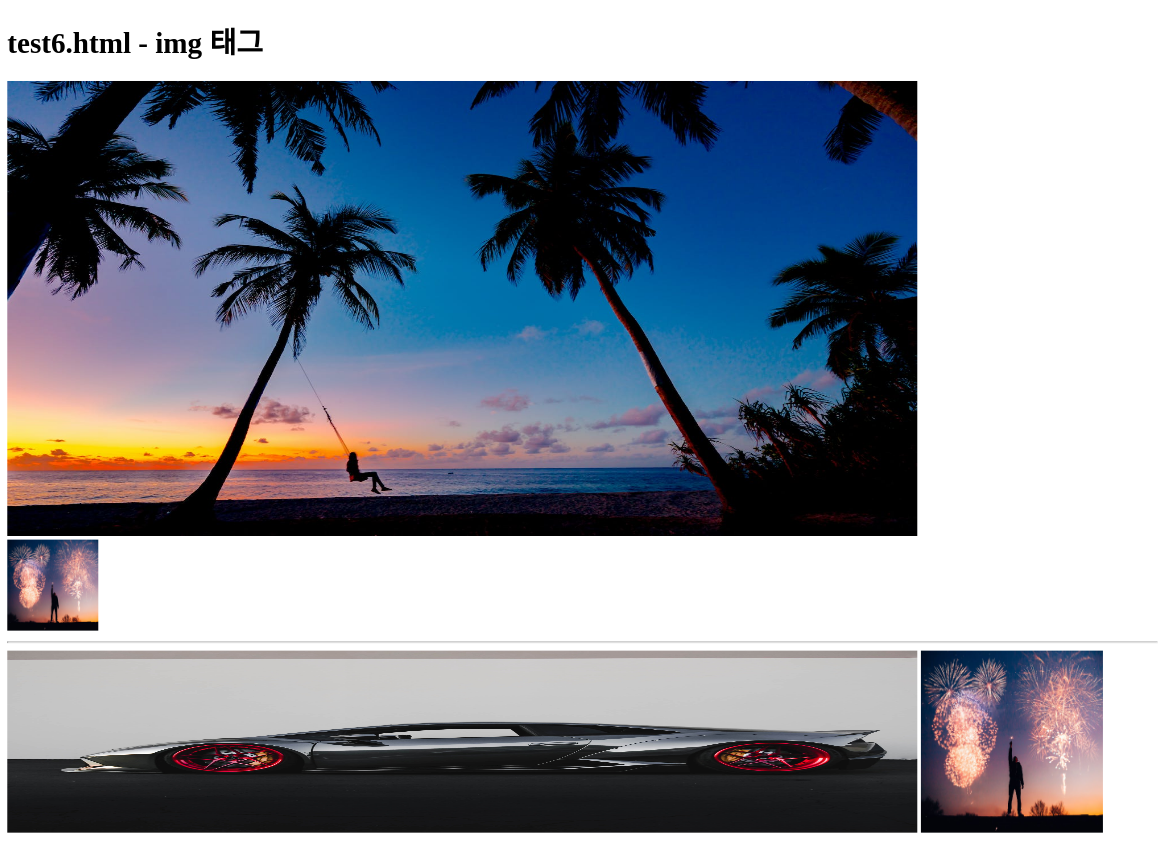
Repository: KimMinseooo/itwillStudy
Page: BACKEND/JSP/workspace_jsp/StudyHTML/src/main/webapp/1024/test6.html
These files come from the project's save history. The page is drawn as it stood at one moment and after the next save; the edit follows.
The browser window is 1280 px wide. The pictures show the whole page, at 91% of full size.

Above is the page before, as saved 2024-10-24 02:43:30.

### BACKEND/JSP/workspace_jsp/StudyHTML/src/main/webapp/1024/test6.html
<!DOCTYPE html>
<html>
<head>
<meta charset="UTF-8">
<title>Insert title here</title>
</head>
<body>
	<h1>test6.html - img 태그 </h1>

	<img src="1.jpg" width="1000" height="500" title="해변가"><br>
	<img src="3.jpg" width="100" height="100" alt="이미지를 불러올 수 없습니다">
	<hr>
	<img alt="" src="today_image/2.jpg" width="1000" height="200">
	<img alt="" src="../images/3.jpg" width="200" height="200">

</body>
</html>

After the next save:
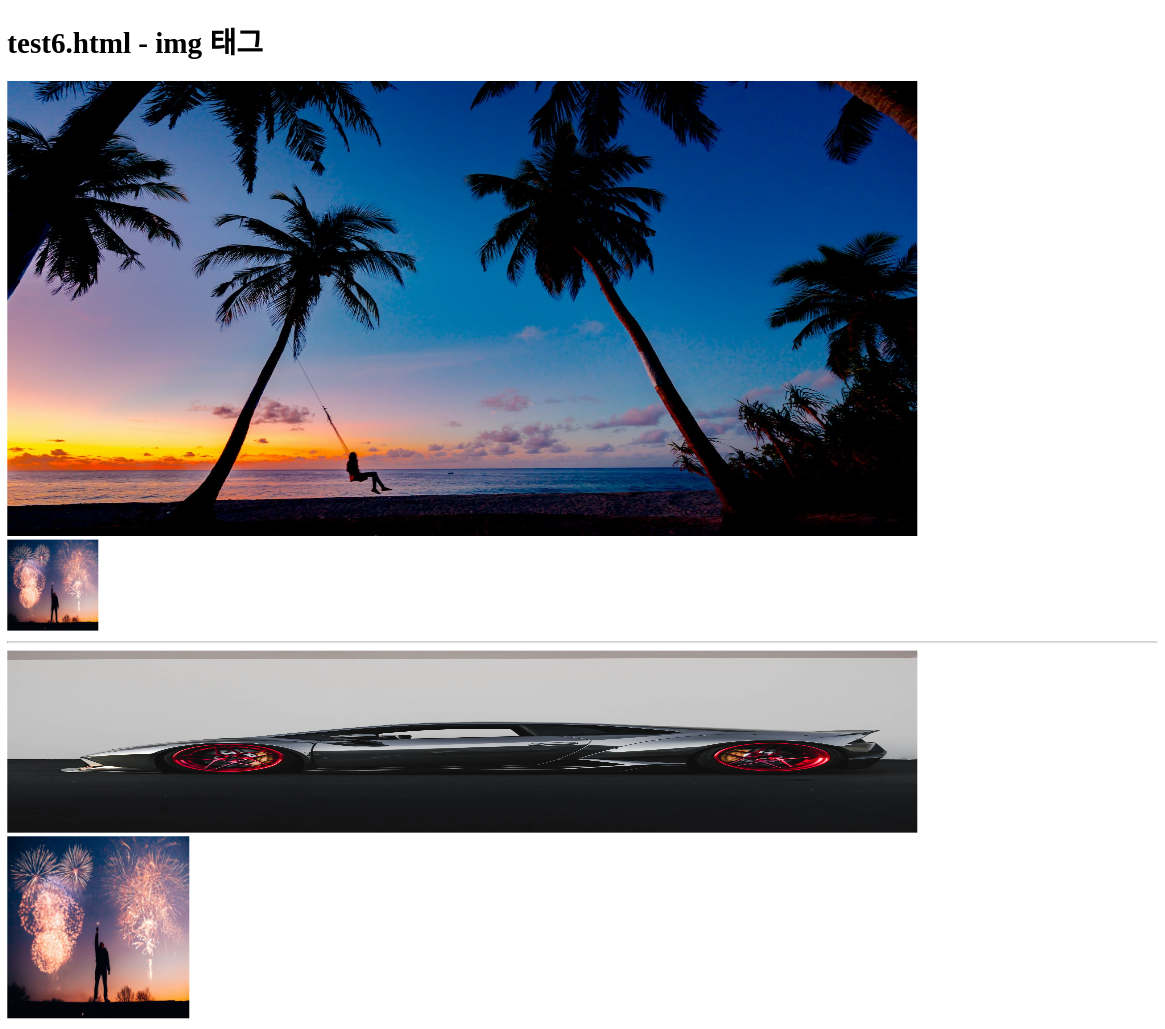
Saved 5 s later.
--- a/BACKEND/JSP/workspace_jsp/StudyHTML/src/main/webapp/1024/test6.html
+++ b/BACKEND/JSP/workspace_jsp/StudyHTML/src/main/webapp/1024/test6.html
@@ -10,7 +10,7 @@
 	<img src="1.jpg" width="1000" height="500" title="해변가"><br>
 	<img src="3.jpg" width="100" height="100" alt="이미지를 불러올 수 없습니다">
 	<hr>
-	<img alt="" src="today_image/2.jpg" width="1000" height="200">
+	<img alt="" src="today_image/2.jpg" width="1000" height="200"> <br>
 	<img alt="" src="../images/3.jpg" width="200" height="200">
 
 </body>
